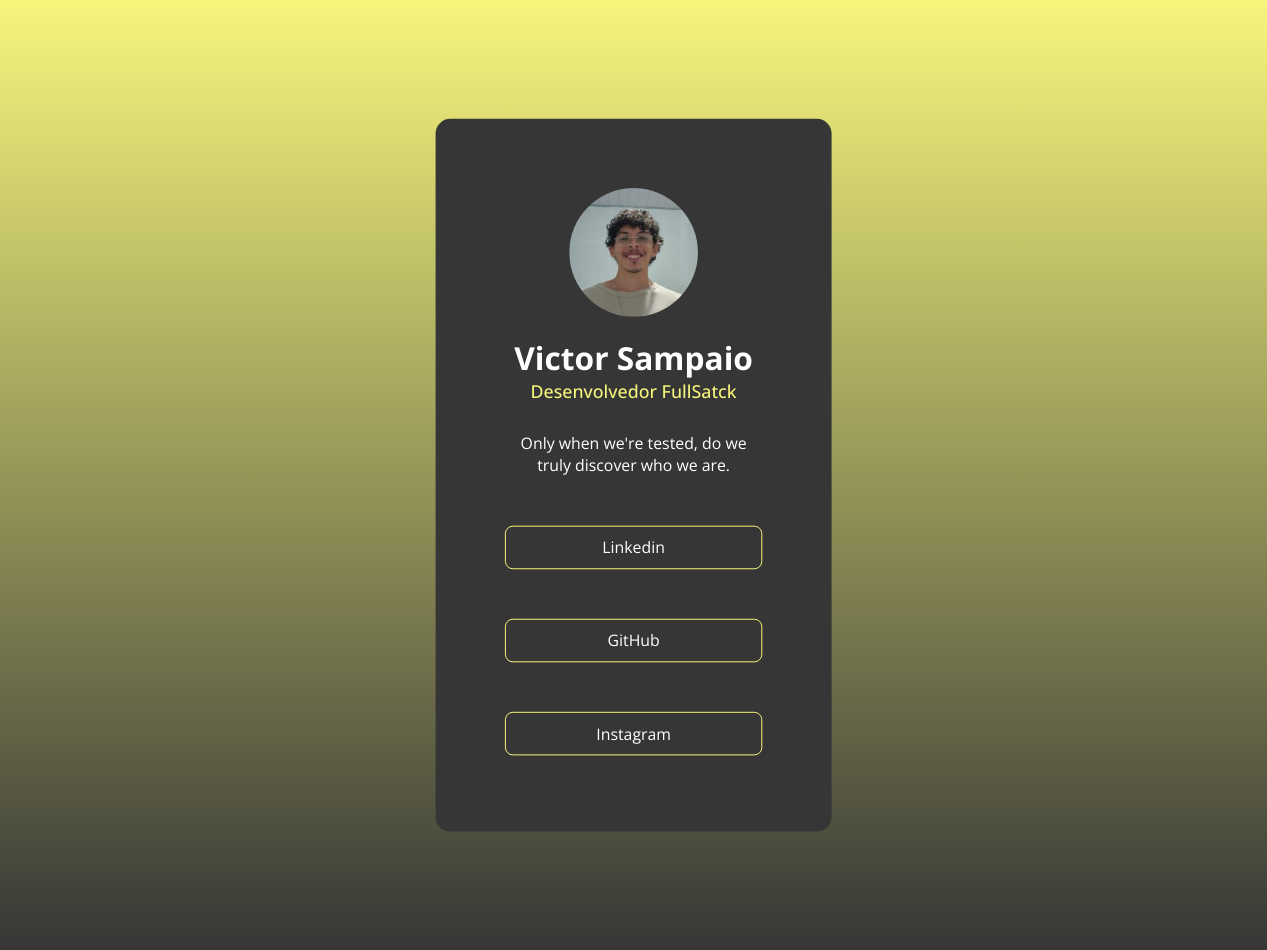
Repository: VictorSampaioDev/linkthree-gt9
Page: index.html
The author's editor kept a copy of each file at every save. The page is drawn from the files as they stood at one save, then again after the next save.
The browser window is 1280 px wide. The pictures show the whole page, at 99% of full size.

Above is the page before, as saved 2025-04-11 10:34:06.

### index.html
<!DOCTYPE html>
<html lang="pt-br">
<head>
    <meta charset="UTF-8">
    <meta name="viewport" content="width=device-width, initial-scale=1.0">
    <title>linkthree JV</title>
    <link rel="stylesheet" href="style.css">
    <link rel="preconnect" href="https://fonts.googleapis.com">
    <link rel="preconnect" href="https://fonts.gstatic.com" crossorigin>
    <link href="https://fonts.googleapis.com/css2?family=Open+Sans:ital,wght@0,300..800;1,300..800&display=swap" rel="stylesheet">
    <link rel="stylesheet" type='text/css' href="https://cdn.jsdelivr.net/gh/devicons/devicon@latest/devicon.min.css" />
</head>
<body>
    <div class="container-main">
<!-- imagem -->
        <div class="container-image">
            <img src="./assets/image-profile.jpeg" alt="Foto de Perfil">
        </div>
<!-- Titulos -->
      <div class="container-infos">
        <h1>Victor Sampaio</h1>
        <h2>Desenvolvedor FullSatck</h2>
      </div>
<!-- Paragrafo -->
      <div class="container-paragrafo">
        <p>
            Only when we're tested, do we truly discover who we are.
        </p>
      </div>
<!-- lista estilizada ("botões") -->
      <div class="container-social-links">
        <ul>
                <a href="https://www.linkedin.com/in/joao-victor-sampaio-30a556355/" target="_blank">
                    <li>
                        <p></p>Linkedin
                    </li>
                </a>

                <a href="https://github.com/VictorSampaioDev" target="_blank">
                   <li>GitHub</li>
                </a>

                <a href="https://www.instagram.com/jovetorr" target="_blank">
                   <li>Instagram</li>
                </a>
        </ul>
    </div>
</body>
</html>

### style.css
* {
    font-family: "Open Sans", sans-serif;
    margin: 0;
    padding: 0;
    box-sizing: border-box;
}
body{
    background: linear-gradient(
        to bottom,
        rgb(246, 246, 124),
        rgb(54, 54, 54)
    );
}
.container-main{
    background-color: #363636;
    width: 400px;
    height: 720px;
    box-sizing: border-box;
    margin: 120px auto;
    padding: 70px;
    border-radius: 15px;
    text-align: center;
}
.container-image{

    & img{
       width: 130px;
       border-radius: 100%;
    }
}
.container-infos{
    margin-top: 15px;
    margin-bottom: 10px;
}
.container-infos h1{
    font-weight: 700;
    color: white;
}
.container-infos h2{
    font-weight: 500;
    font-size: 18px;
    color: rgb(246, 246, 124);
}
.container-paragrafo{
    margin-top: 30px;
    color: white;
}
.container-social-links ul {
    padding-bottom: 50%;
    margin-top: 50px;
    list-style-type: none;
}
.container-social-links li {
    margin-bottom: 5px;
    margin-top: 50px;
    border: 1px solid rgb(246, 246, 124);
    border-radius: 8px;
    padding: 10px;
    transition: background-color 0.3s;
  }
  .container-social-links li:hover{
    background-color: rgb(246, 246, 124)
  }

.container-social-links a {
    text-decoration: none;
    color: white;
    transition: color 0.3s;
}
.container-social-links a:hover {
    color: black;
  }

After the next save:
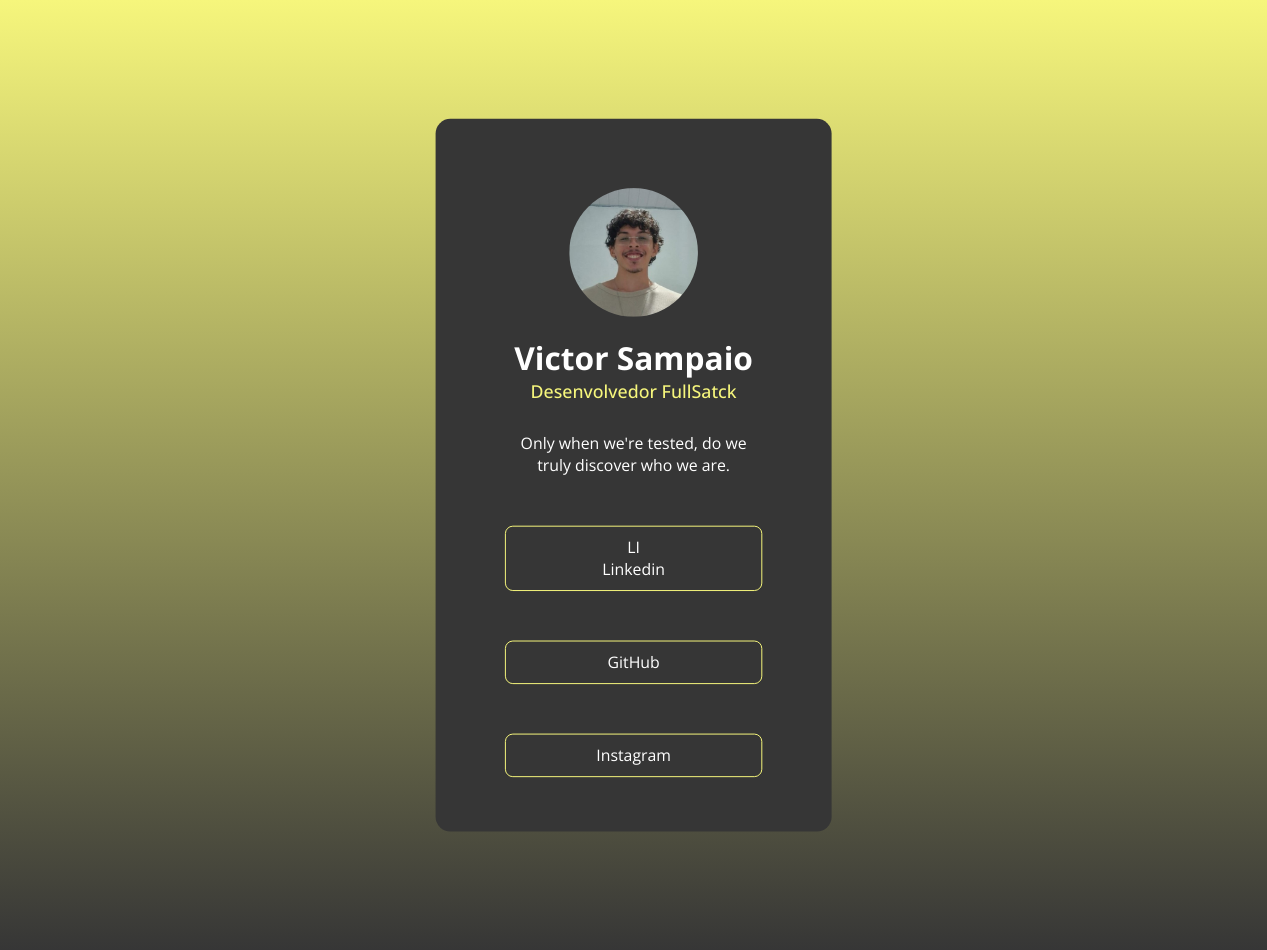
Saved 5 s later.
--- a/index.html
+++ b/index.html
@@ -32,7 +32,7 @@
         <ul>
                 <a href="https://www.linkedin.com/in/joao-victor-sampaio-30a556355/" target="_blank">
                     <li>
-                        <p></p>Linkedin
+                        <p>LI</p>Linkedin
                     </li>
                 </a>
 
